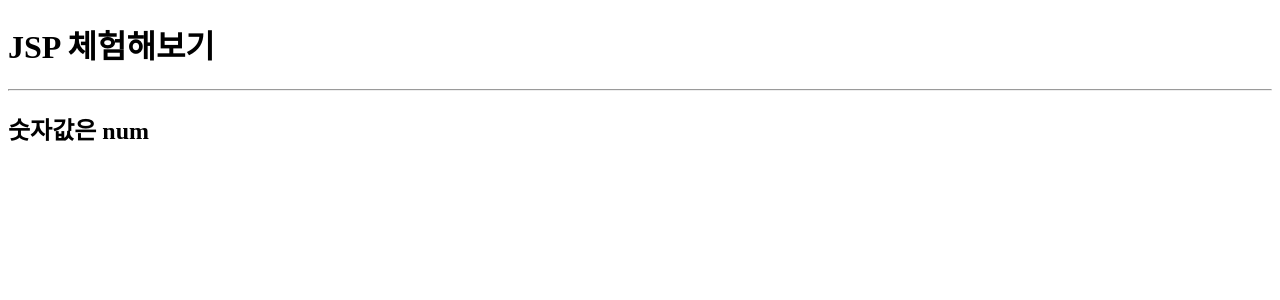
Repository: codingspecialist/jsp-weekend
Page: http://localhost/cos/
The author's editor kept a copy of each file at every save. The page is drawn from the files as they stood at one save, then again after the next save.
The browser window is 1280 px wide. The pictures show the whole page.
The page is served by Tomcat 9. Other server files are loaded and not shown.

Above is the page before, as saved 2020-08-08 07:15:46.

### cos/WebContent/index.jsp
<%@ page language="java" contentType="text/html; charset=UTF-8"
    pageEncoding="UTF-8"%>
<!DOCTYPE html>
<html>
<head>
<meta charset="UTF-8">
<title>첫번째 JSP</title>
</head>
<body>
<h1>JSP 체험해보기</h1>
<hr/>
<%
	int num = 10;
%>
<h2>숫자값은 num</h2>
</body>
</html>

After the next save:
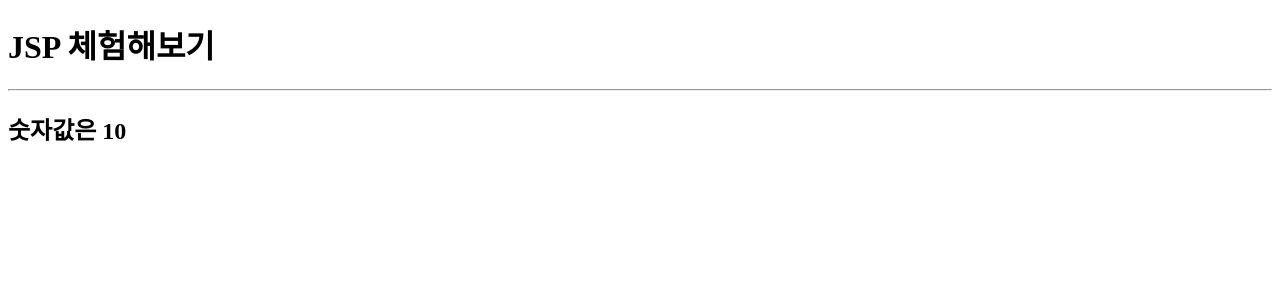
Saved 56 s later.
--- a/cos/WebContent/index.jsp
+++ b/cos/WebContent/index.jsp
@@ -12,6 +12,6 @@
 <%
 	int num = 10;
 %>
-<h2>숫자값은 num</h2>
+<h2>숫자값은 <%=num %></h2>
 </body>
 </html>
